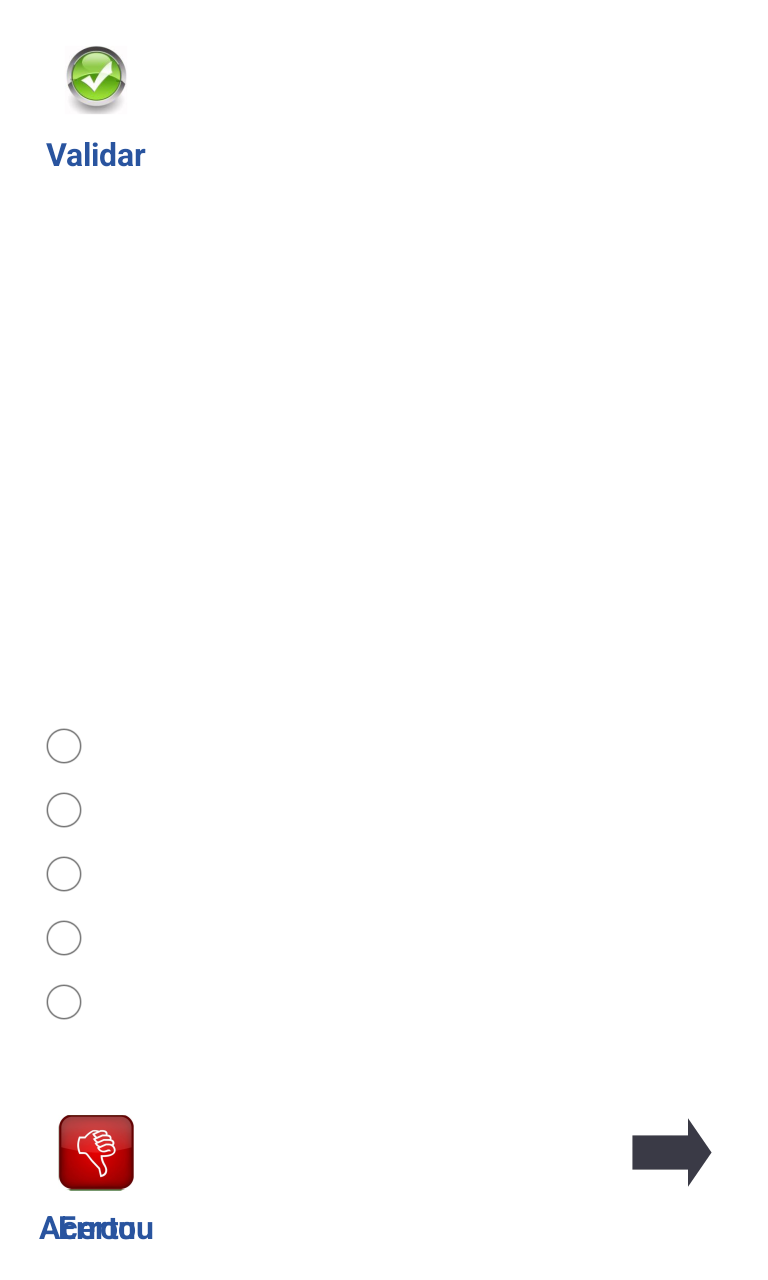
Repository: lmqs/ProjetoDisciplinaTopicos
Layout: TopicosProjetoAndroid/res/layout/activity_geracao_provas.xml
These files come from the project's save history. The layout is drawn as it stood at one moment and after the next save; the edit follows.
It is drawn on a 768 x 1280 px phone screen (xhdpi) without system bars, with theme AppTheme; the app's code is not run.

Above is the layout before, as saved 2014-05-04 04:24:40.

### TopicosProjetoAndroid/res/layout/activity_geracao_provas.xml
<RelativeLayout xmlns:android="http://schemas.android.com/apk/res/android"
    xmlns:tools="http://schemas.android.com/tools"
    android:layout_width="match_parent"
    android:layout_height="match_parent"
    android:paddingBottom="@dimen/activity_vertical_margin"
    android:paddingLeft="@dimen/activity_horizontal_margin"
    android:paddingRight="@dimen/activity_horizontal_margin"
    android:paddingTop="@dimen/activity_vertical_margin"
    tools:context=".GeracaoProvas" >

    <RadioGroup
        android:id="@+id/radioAlternativas"
        android:layout_width="fill_parent"
        android:layout_height="wrap_content"
        android:layout_alignParentBottom="true"
        android:layout_alignParentRight="true"
        android:layout_marginBottom="57dp"
        android:orientation="vertical"
        android:paddingBottom="50dp" >

        <RadioButton
            android:id="@+id/resp1"
            android:checked="false"
            android:visibility="visible" />

        <RadioButton
            android:id="@+id/resp2"
            android:checked="false" />

        <RadioButton
            android:id="@+id/resp3"
            android:checked="false" />

        <RadioButton
            android:id="@+id/resp4"
            android:checked="false" />

        <RadioButton
            android:id="@+id/resp5"
            android:checked="false" />
    </RadioGroup>

    <TextView
        android:id="@+id/txtQuestao"
        android:layout_width="wrap_content"
        android:layout_height="wrap_content"
        android:layout_above="@+id/radioAlternativas"
        android:layout_alignLeft="@+id/radioAlternativas"
        android:layout_alignParentTop="true"
        android:layout_alignRight="@+id/radioAlternativas" />

    <Button
        android:id="@+id/btnCerto"
        style="@style/DashboardButton"
        android:layout_width="wrap_content"
        android:layout_height="wrap_content"
        android:layout_alignLeft="@+id/radioAlternativas"
        android:layout_alignParentBottom="true"
        android:background="@android:color/transparent"
        android:drawableTop="@drawable/certo"
        android:text="@string/btnAcerto" />

    <Button
        android:id="@+id/btnprox"
        style="@style/DashboardButton"
        android:layout_width="wrap_content"
        android:layout_height="wrap_content"
        android:layout_alignParentBottom="true"
        android:layout_alignRight="@+id/radioAlternativas"
        android:background="@android:color/transparent"
        android:drawableTop="@drawable/prox"
        android:onClick="geraQuestao" />

    <Button
        android:id="@+id/btnErrado"
        style="@style/DashboardButton"
        android:layout_width="wrap_content"
        android:layout_height="wrap_content"
        android:layout_alignBaseline="@+id/btnCerto"
        android:layout_alignBottom="@+id/btnCerto"
        android:layout_alignLeft="@+id/radioAlternativas"
        android:background="@android:color/transparent"
        android:drawableTop="@drawable/errado"
        android:text="@string/btnerrar" />

    <Button
        android:id="@+id/btnvalidar"
        style="@style/DashboardButton"
        android:layout_width="wrap_content"
        android:layout_height="wrap_content"
        android:layout_alignBaseline="@+id/btnMaps"
        android:layout_alignBottom="@+id/btnMaps"
        android:layout_marginRight="24dp"
        android:layout_toLeftOf="@+id/btnMaps"
        android:background="@android:color/transparent"
        android:drawableTop="@drawable/validar"
        android:onClick="validaQuestao"
        android:text="@string/btnvalidar" />

</RelativeLayout>

### TopicosProjetoAndroid/res/values/styles.xml
<resources>

    <!--
        Base application theme, dependent on API level. This theme is replaced
        by AppBaseTheme from res/values-vXX/styles.xml on newer devices.
    -->
    <style name="AppBaseTheme" parent="android:Theme.Light">
        <!--
            Theme customizations available in newer API levels can go in
            res/values-vXX/styles.xml, while customizations related to
            backward-compatibility can go here.
        -->
    </style>

    <!-- Application theme. -->
    <style name="AppTheme" parent="AppBaseTheme">
        <!-- All customizations that are NOT specific to a particular API-level can go here. -->
    </style>

    <style name="DashboardButton">
        <item name="android:layout_gravity">center_vertical</item>
        <item name="android:layout_width">wrap_content</item>
        <item name="android:layout_height">wrap_content</item>
        <item name="android:gravity">center_horizontal</item>
        <item name="android:drawablePadding">2dp</item>
        <item name="android:textSize">16dp</item>
        <item name="android:textStyle">bold</item>
        <item name="android:textColor">#ff29549f</item>
        <item name="android:background">@null</item>
    </style>



</resources>

### TopicosProjetoAndroid/res/values/strings.xml
<?xml version="1.0" encoding="utf-8"?>
<resources>

    <string name="app_name">Questões de Concurso</string>
    <string name="action_settings">Settings</string>
    <string name="hello_world">Hello world!</string>
    <string name="lbltitulo">Questões para concurso</string>
    <string name="btnInciar">Iniciar</string>
    <string name="title_activity_geracao_provas">GeracaoProvas</string>
    <string name="title_activity_questoes">Questões de Concurso</string>
    <string name="radioGrupo"></string>
    <string name="btnvalidar">Validar</string>
    <string name="btnerrar">Errou</string>
    <string name="btnAcerto">Acertou</string>
    <string name="title_activity_resultado_prova">Resultado da Prova</string>
    <string name="title_activity_lista_provas">Lista de Provas</string>
    <string name="btnResultado">Resultados</string>
    <string name="btnInfo">Informações</string>
    <string name="btnMaps">Onde estamos</string>
    <string name="lblPesquisar">Pesquisar</string>
    <string name="lblMarcado">Marcado</string>
    <string name="lblAcerto">Correta</string>
    <string name="lblcodigo">Código</string>
    <string name="lblMedia">Média</string>
    <string name="title_activity_questoes_detalhadas">Questões Detalhadas</string>
    <string name="btnFechar">Voltar</string>

</resources>

Loaded but not shown: TopicosProjetoAndroid/res/values-v11/styles.xml (common file); TopicosProjetoAndroid/res/values-v14/styles.xml (common file); TopicosProjetoAndroid/res/values/dimens.xml (common file)

After the next save:
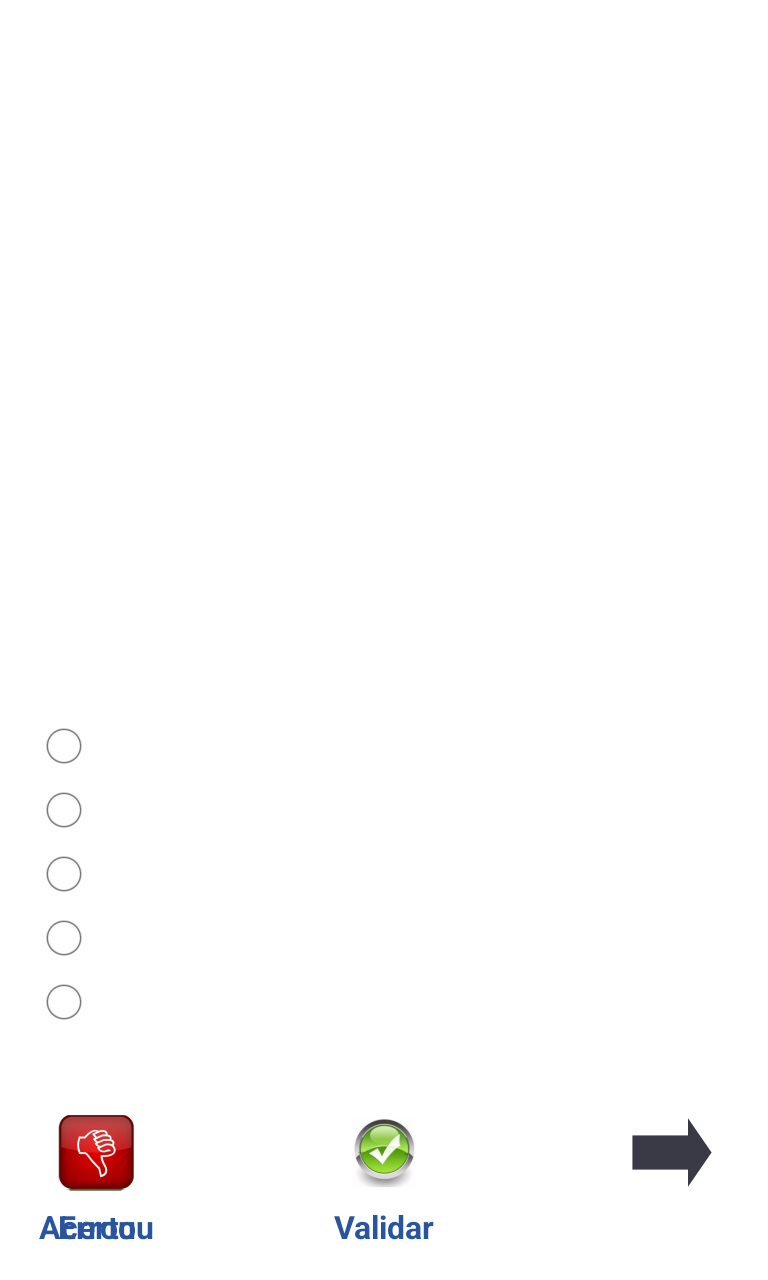
Saved 38 s later.
--- a/TopicosProjetoAndroid/res/layout/activity_geracao_provas.xml
+++ b/TopicosProjetoAndroid/res/layout/activity_geracao_provas.xml
@@ -88,10 +88,9 @@
         style="@style/DashboardButton"
         android:layout_width="wrap_content"
         android:layout_height="wrap_content"
-        android:layout_alignBaseline="@+id/btnMaps"
-        android:layout_alignBottom="@+id/btnMaps"
-        android:layout_marginRight="24dp"
-        android:layout_toLeftOf="@+id/btnMaps"
+        android:layout_alignBaseline="@+id/btnCerto"
+        android:layout_alignBottom="@+id/btnCerto"
+        android:layout_centerHorizontal="true"
         android:background="@android:color/transparent"
         android:drawableTop="@drawable/validar"
         android:onClick="validaQuestao"
